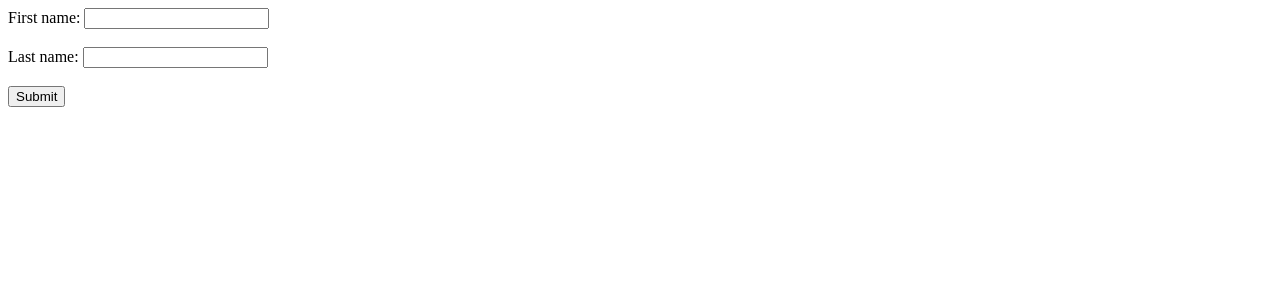
Repository: atonizer/workspace
Page: jspdemo/WebContent/student-checkbox-form.html
The author's editor kept a copy of each file at every save. The page is drawn from the files as they stood at one save, then again after the next save.
The browser window is 1280 px wide. The pictures show the whole page.

Above is the page before, as saved 2016-08-21 11:33:20.

### jspdemo/WebContent/student-checkbox-form.html
<!DOCTYPE html>
<html>
<head>
<meta charset="UTF-8">
<title>Student Registration Form</title>
</head>
<body>
	<form action="student-radio-response.jsp">
		First name: <input type="text" name="firstName" /> <br /> <br />
		Last name: <input type="text" name="lastName" /> <br />
		<br />
		<input type="submit" value="Submit" />

	</form>


</body>
</html>

After the next save:
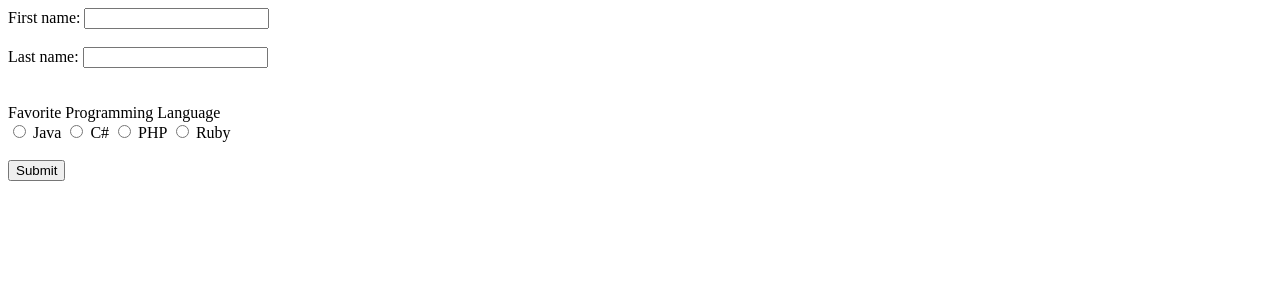
Saved 8 min 9 s later.
--- a/jspdemo/WebContent/student-checkbox-form.html
+++ b/jspdemo/WebContent/student-checkbox-form.html
@@ -8,7 +8,16 @@
 	<form action="student-radio-response.jsp">
 		First name: <input type="text" name="firstName" /> <br /> <br />
 		Last name: <input type="text" name="lastName" /> <br />
-		<br />
+		<br /> <br />
+		Favorite Programming Language <br />
+
+		<input type="radio" name="favoriteLanguage" value="Java"> Java
+		<input type="radio" name="favoriteLanguage" value="C#"> C#
+		<input type="radio" name="favoriteLanguage" value="PHP"> PHP
+		<input type="radio" name="favoriteLanguage" value="Ruby"> Ruby
+
+
+		<br /> <br />
 		<input type="submit" value="Submit" />
 
 	</form>
